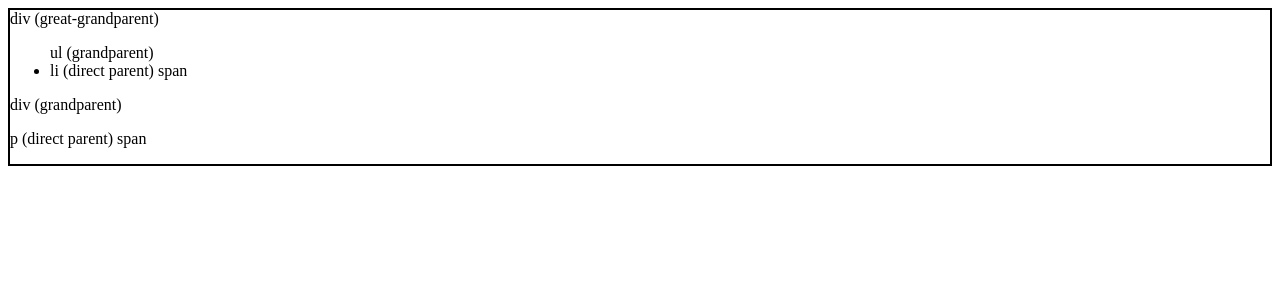
Repository: tjdwlsl/jspstudy
Page: http://localhost/JQuery_Ajax/jquery/ex15_DOM.jsp
These files come from the project's save history. The page is drawn as it stood at one moment and after the next save; the edit follows.
The browser window is 1280 px wide. The pictures show the whole page.
The page is served by Tomcat 9.

Above is the page before, as saved 2023-07-19 08:48:02.

After the next save:
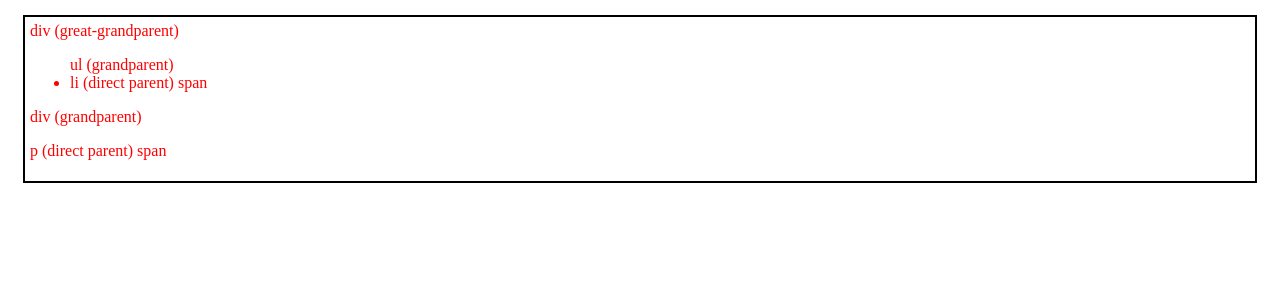
Saved 16 s later.
--- a/JQuery_Ajax/src/main/webapp/jquery/ex15_DOM.jsp
+++ b/JQuery_Ajax/src/main/webapp/jquery/ex15_DOM.jsp
@@ -9,6 +9,9 @@
 	.ancestors{
 		display: block;
 		border: 2px solid black;
+		color: red;
+		padding: 5px;
+		margin: 15px;
 	}
 </style>
 <%-- jQuery 라이브러리 CDN --%>
